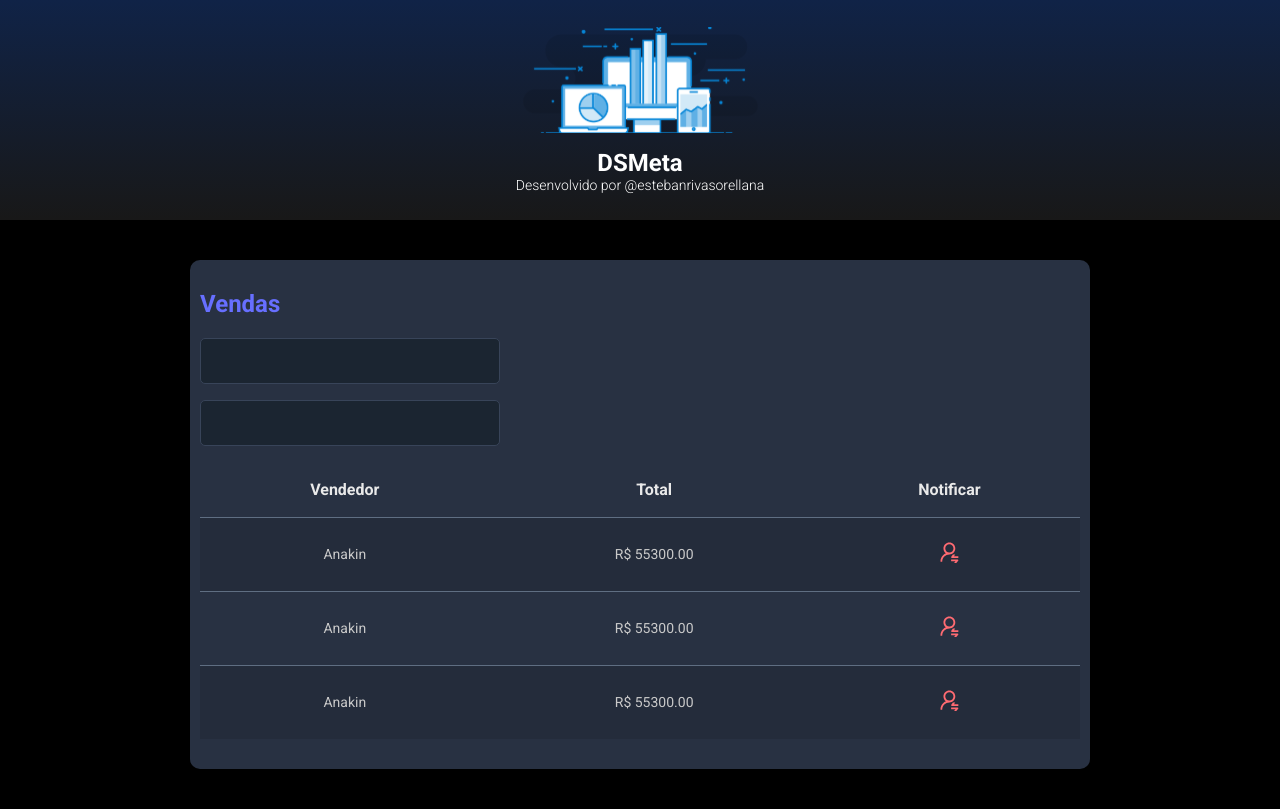
Repository: estebanrivas/dsmeta-css
Page: index.html
These files come from the project's save history. The page is drawn as it stood at one moment and after a run of saves; the edit follows.
The browser window is 1280 px wide. The pictures show the whole page.

Above is the page before, as saved 2022-09-08 22:16:52.

After the next 9 saves:
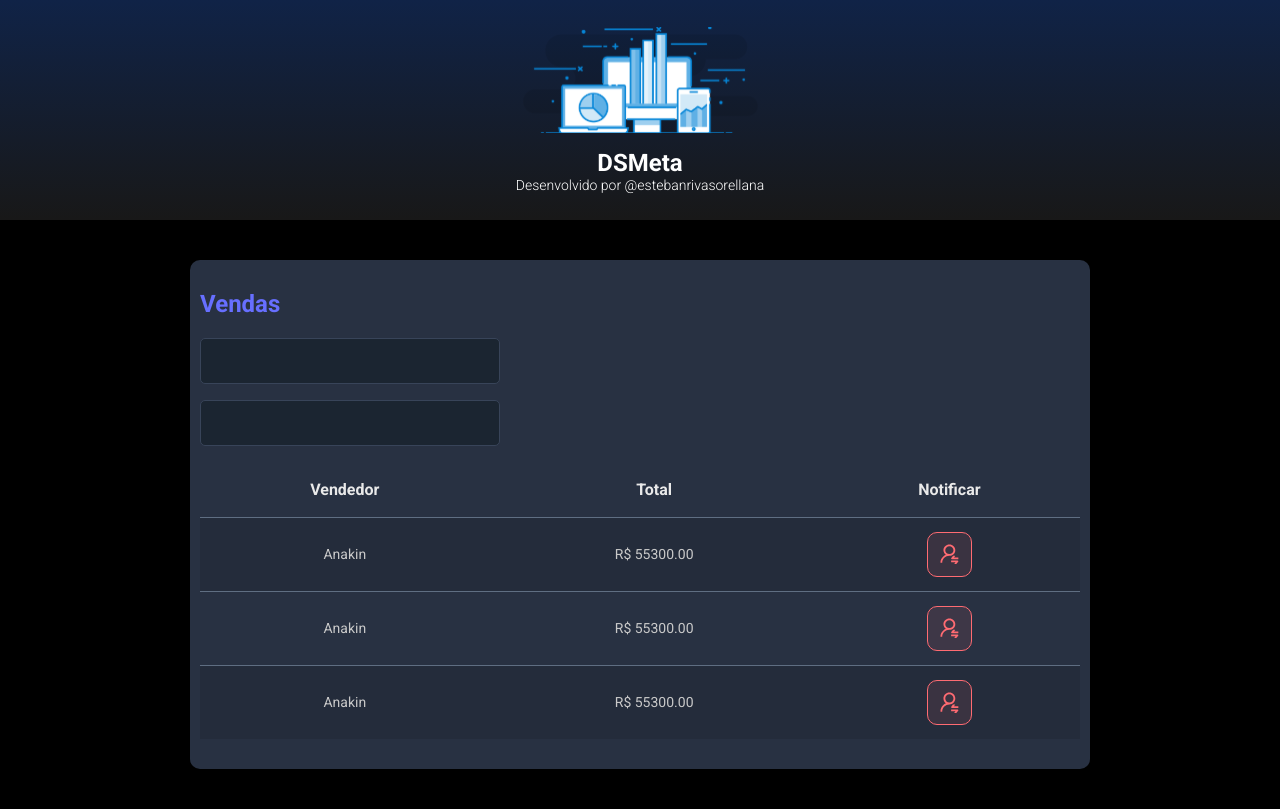
The 9 saves are shown as one change because they came seconds apart.
The last was saved 26 s later.
--- a/css/styles.css
+++ b/css/styles.css
@@ -120,7 +120,10 @@ header {
   background-color: #242c3b;
 }
 
-. class="dsmeta-red-btn-container"
+.dsmeta-red-btn-container{
+    display: flex;
+    justify-content: center;
+}
 
 .dsmeta-red-btn {
   height: 45px;
